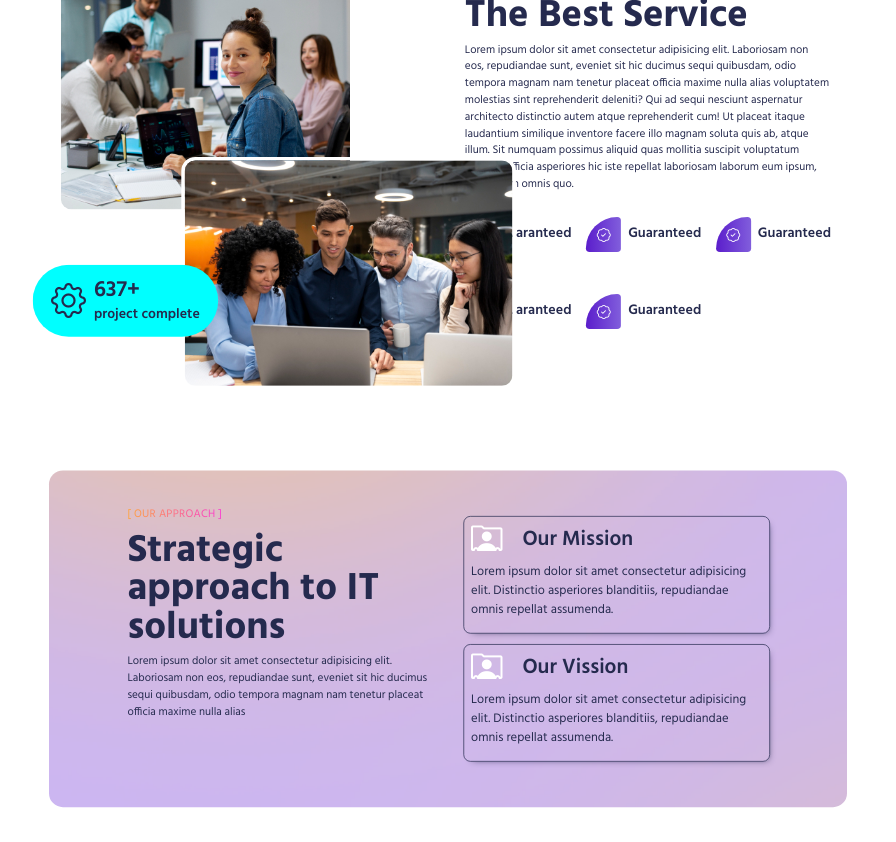
Repository: tagnam/corporate
Page: aboutus.html
The author's editor kept a copy of each file at every save. The page is drawn from the files as they stood at one save, then again after a run of saves.
The browser window is 1280 px wide. The pictures show the part of the page from y = 753 to 2673 px (the page is 1956 px tall before and 2673 px after), at 70% of full size.

Above is the page before, as saved 2025-02-15 13:07:23.

After the next 2 saves:
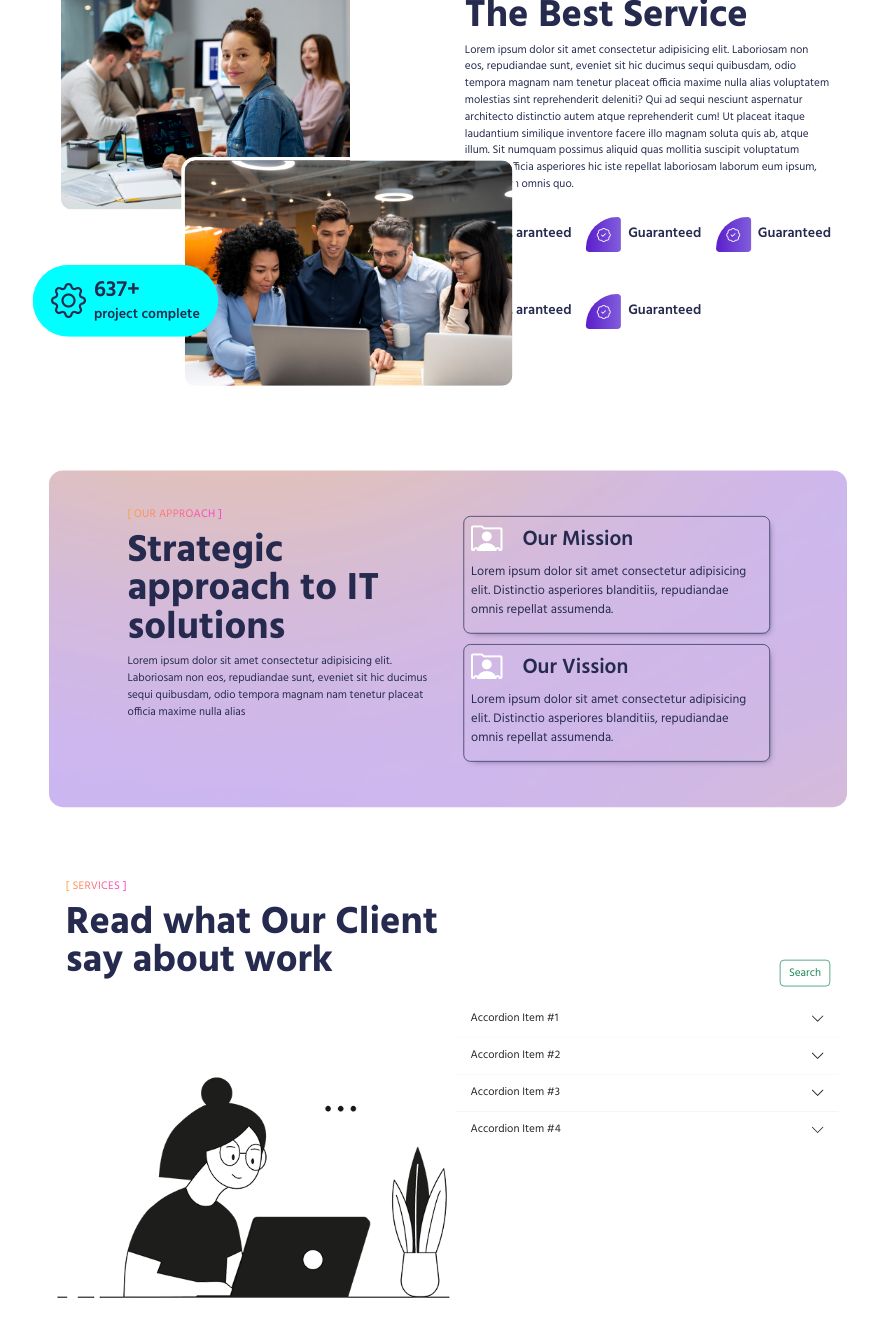
The 2 saves are shown as one change because they came seconds apart.
The last was saved 4 min 3 s later.
--- a/aboutus.html
+++ b/aboutus.html
@@ -241,5 +241,85 @@
             </section>
             <!--==================================== end mission vission section ====================================-->
 
+      <!--================================================= start FAQ section ==========================-->
+
+      <section class="faq-section">
+        <div class="container">
+            <div class="container-fluid" style="margin-bottom: 20px;">
+                <div class="row">
+                    <div class="col-lg-6">
+                        <h3 class="sub-heading">[ Services ]</h3>
+                        <h1 class="title">Read what Our Client say about work</h1>
+                    </div>
+                    <div class="col-lg-6">
+                        <div class="section-btn">
+                            <button class="btn btn-outline-success" type="submit">Search</button>
+                        </div>
+                    </div>
+                </div>
+            </div>
+            <div class="row">
+                <div class="col-lg-6">
+                    <figure> <img src="images/home-social-img-13.png" alt=""></figure>
+                </div>
+                <div class="col-lg-6">
+                    <div class="accordion accordion-flush" id="accordionFlushExample">
+                        <div class="accordion-item">
+                            <h2 class="accordion-header" id="flush-headingOne">
+                                <button class="accordion-button collapsed" type="button" data-bs-toggle="collapse" data-bs-target="#flush-collapseOne" aria-expanded="false" aria-controls="flush-collapseOne">
+                                    Accordion Item #1
+                                </button>
+                            </h2>
+                            <div id="flush-collapseOne" class="accordion-collapse collapse" aria-labelledby="flush-headingOne" data-bs-parent="#accordionFlushExample">
+                                <div class="accordion-body">Placeholder content for this accordion, which is intended to demonstrate the <code>.accordion-flush</code> class. This is the first item's accordion body.</div>
+                            </div>
+                        </div>
+                        <div class="accordion-item">
+                            <h2 class="accordion-header" id="flush-headingTwo">
+                                <button class="accordion-button collapsed" type="button" data-bs-toggle="collapse" data-bs-target="#flush-collapseTwo" aria-expanded="false" aria-controls="flush-collapseTwo">
+                                    Accordion Item #2
+                                </button>
+                            </h2>
+                            <div id="flush-collapseTwo" class="accordion-collapse collapse" aria-labelledby="flush-headingTwo" data-bs-parent="#accordionFlushExample">
+                                <div class="accordion-body">
+                                    Placeholder content for this accordion, which is intended to demonstrate the <code>.accordion-flush</code> class. This is the second item's accordion body. Let's imagine this being filled with some
+                                    actual content.
+                                </div>
+                            </div>
+                        </div>
+                        <div class="accordion-item">
+                            <h2 class="accordion-header" id="flush-headingThree">
+                                <button class="accordion-button collapsed" type="button" data-bs-toggle="collapse" data-bs-target="#flush-collapseThree" aria-expanded="false" aria-controls="flush-collapseThree">
+                                    Accordion Item #3
+                                </button>
+                            </h2>
+                            <div id="flush-collapseThree" class="accordion-collapse collapse" aria-labelledby="flush-headingThree" data-bs-parent="#accordionFlushExample">
+                                <div class="accordion-body">
+                                    Placeholder content for this accordion, which is intended to demonstrate the <code>.accordion-flush</code> class. This is the third item's accordion body. Nothing more exciting happening here in terms
+                                    of content, but just filling up the space to make it look, at least at first glance, a bit more representative of how this would look in a real-world application.
+                                </div>
+                            </div>
+                        </div>
+                        <div class="accordion-item">
+                            <h2 class="accordion-header" id="flush-headingFour">
+                                <button class="accordion-button collapsed" type="button" data-bs-toggle="collapse" data-bs-target="#flush-collapseFour" aria-expanded="false" aria-controls="flush-collapseFour">
+                                    Accordion Item #4
+                                </button>
+                            </h2>
+                            <div id="flush-collapseFour" class="accordion-collapse collapse" aria-labelledby="flush-headingFour" data-bs-parent="#accordionFlushExample">
+                                <div class="accordion-body">
+                                    Placeholder content for this accordion, which is intended to demonstrate the <code>.accordion-flush</code> class. This is the third item's accordion body. Nothing more exciting happening here in terms
+                                    of content, but just filling up the space to make it look, at least at first glance, a bit more representative of how this would look in a real-world application.
+                                </div>
+                            </div>
+                        </div>
+                    </div>
+                </div>
+
+            </div>
+        </div>
+    </section>
+    <!--================================================= end FAQ section ==========================-->
+
 </body>
 </html>
